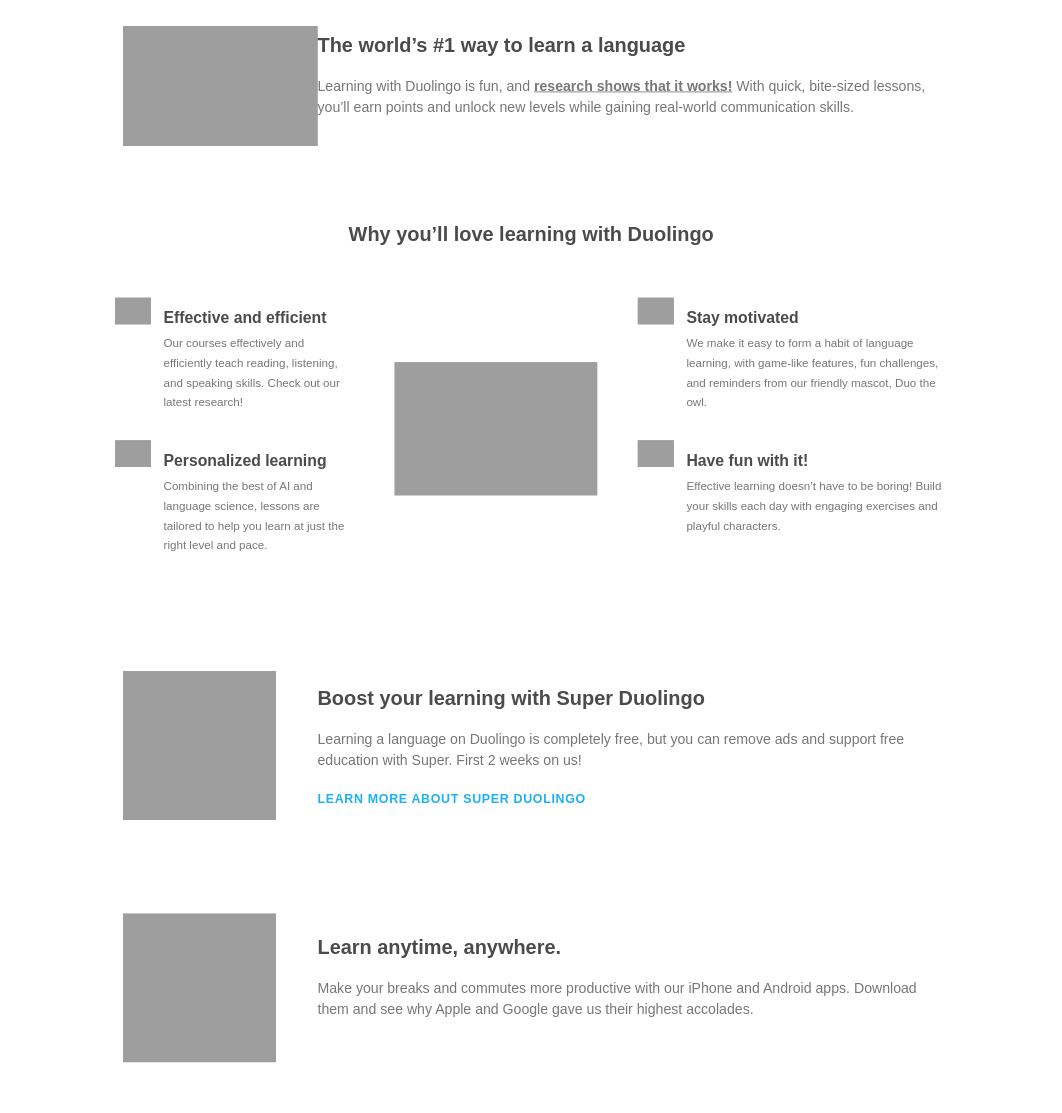
Repository: kauittt/duolingo-little
Page: login.html
An editor plug-in stored every save of this project. The page is shown before and after the next save, followed by the edit.
The browser window is 1280 px wide. The pictures show the part of the page from y = 740 to 2083 px (the page is 2081 px tall before and 2083 px after), at 83% of full size.
Pictures or frames that could not be fetched are drawn as grey boxes. A picture or video elsewhere on the page could not be fetched, so the positions and the page height are approximate. Some web libraries are served in a nearby version.

Above is the page before, as saved 2023-03-26 20:28:10.

### login.html
<!DOCTYPE html>
<html lang="en">
    <head>
        <meta charset="UTF-8" />
        <meta http-equiv="X-UA-Compatible" content="IE=edge" />
        <meta name="viewport" content="width=device-width, initial-scale=1.0" />
        <title>Duolingo Little</title>

        <!--! favicon -->
        <link rel="icon" type="image/x-icon" href="./assets/img/logo.png" />

        <!--! Font Awesome  -->
        <link rel="preconnect" href="https://cdnjs.cloudflare.com" />
        <link
            rel="stylesheet"
            href="https://cdnjs.cloudflare.com/ajax/libs/font-awesome/6.3.0/css/all.min.css"
        />

        <!--! CSS -->
        <link rel="stylesheet" href="./assets/css/reset.css" />
        <link rel="stylesheet" href="./assets/fonts/stylesheet.css" />
        <link rel="stylesheet" href="./assets/css/stytes.css" />
    </head>
    <body>
        <div class="main">
            <header class="header">
                <div class="wrap header-wrap">
                    <a class="header__img">
                        <img
                            src="https://d35aaqx5ub95lt.cloudfront.net/images/dca3b978d07a7dfc05adb1d5526e9e21.svg"
                            alt="Duolingo"
                        />
                    </a>
                    <div class="header__language">SITE LANGUAGE: ENGLISH</div>
                </div>
            </header>

            <div class="content">
                <div class="hero">
                    <div class="hero-wrap">
                        <div class="hero__img">
                            <img
                                src="https://d35aaqx5ub95lt.cloudfront.net/images/331a32943ff73be28537dfc7469d5639.svg"
                                alt="Earth"
                            />
                        </div>
                        <div class="hero-content">
                            <h1 class="hero-content__heading">
                                The free, fun, and effective way to learn a
                                language!
                            </h1>
                            <div class="hero-content-select">
                                <div class="hero-content-select">
                                    <div class="btn btn--primary">
                                        GET STARTED
                                    </div>
                                    <div class="btn">
                                        I ALREADY HAVE AN ACCOUNT
                                    </div>
                                </div>
                            </div>
                        </div>
                    </div>
                </div>

                <section class="section top">
                    <div class="wrap top-wrap">
                        <div class="section__img">
                            <img
                                src="https://d35aaqx5ub95lt.cloudfront.net/images/776364e6419216ffd84ddf8d8815711b.svg"
                                alt="Duolingo"
                            />
                        </div>

                        <div class="section-content">
                            <h2 class="section-content__heading">
                                The world’s #1 way to learn a language
                            </h2>
                            <div class="section-content__desc">
                                Learning with Duolingo is fun, and
                                <b>research shows that it works!</b> With quick,
                                bite-sized lessons, you’ll earn points and
                                unlock new levels while gaining real-world
                                communication skills.
                            </div>
                            <div class="section-content__link"></div>
                        </div>
                    </div>
                </section>

                <section class="section feature">
                    <div class="wrap feature-wrap">
                        <h3 class="section-content__heading">
                            Why you’ll love learning with Duolingo
                        </h3>
                        <div class="section-content">
                            <div class="section-content-group">
                                <div class="section-content-group-item">
                                    <img
                                        src="https://d35aaqx5ub95lt.cloudfront.net/images/1994201dce8a55a0017d59b58a035fc3.svg"
                                        alt=""
                                    />
                                    <div>
                                        <div
                                            class="section-content-group-item__heading"
                                        >
                                            Effective and efficient
                                        </div>
                                        <div
                                            class="section-content-group-item__desc"
                                        >
                                            Our courses effectively and
                                            efficiently teach reading,
                                            listening, and speaking skills.
                                            Check out our latest research!
                                        </div>
                                    </div>
                                </div>

                                <div class="section-content-group-item">
                                    <img
                                        src="https://d35aaqx5ub95lt.cloudfront.net/images/8f1e99a540ab7afcf5915e8852024e4c.svg"
                                        alt=""
                                    />
                                    <div>
                                        <div
                                            class="section-content-group-item__heading"
                                        >
                                            Personalized learning
                                        </div>
                                        <div
                                            class="section-content-group-item__desc"
                                        >
                                            Combining the best of AI and
                                            language science, lessons are
                                            tailored to help you learn at just
                                            the right level and pace.
                                        </div>
                                    </div>
                                </div>
                            </div>

                            <div class="section-content-group">
                                <div class="section-content-group__img">
                                    <img
                                        src="https://d35aaqx5ub95lt.cloudfront.net/images/3816ddfd0658efd7bb713fd823053b82.svg"
                                        alt="Duolingo"
                                    />
                                </div>
                            </div>

                            <div class="section-content-group">
                                <div class="section-content-group-item">
                                    <img
                                        src="https://d35aaqx5ub95lt.cloudfront.net/images/splash/ebdcc22deaf0f85388fcb09e7ecfbe78.svg"
                                        alt=""
                                    />
                                    <div>
                                        <div
                                            class="section-content-group-item__heading"
                                        >
                                            Stay motivated
                                        </div>
                                        <div
                                            class="section-content-group-item__desc"
                                        >
                                            We make it easy to form a habit of
                                            language learning, with game-like
                                            features, fun challenges, and
                                            reminders from our friendly mascot,
                                            Duo the owl.
                                        </div>
                                    </div>
                                </div>

                                <div class="section-content-group-item">
                                    <img
                                        src="https://d35aaqx5ub95lt.cloudfront.net/images/splash/a4d5fab3d1926c240cb2ae696b07d156.svg"
                                        alt=""
                                    />
                                    <div>
                                        <div
                                            class="section-content-group-item__heading"
                                        >
                                            Have fun with it!
                                        </div>
                                        <div
                                            class="section-content-group-item__desc"
                                        >
                                            Effective learning doesn’t have to
                                            be boring! Build your skills each
                                            day with engaging exercises and
                                            playful characters.
                                        </div>
                                    </div>
                                </div>
                            </div>
                        </div>
                    </div>
                </section>

                <section class="section super">
                    <div class="wrap super-wrap">
                        <div class="section__img">
                            <img
                                src="https://d35aaqx5ub95lt.cloudfront.net/images/super/8183c77cba99daf1e900fb5f9b0cc671.svg"
                                alt="Duolingo"
                            />
                        </div>

                        <div class="section-content">
                            <h2 class="section-content__heading">
                                Boost your learning with Super Duolingo
                            </h2>
                            <div class="section-content__desc">
                                Learning a language on Duolingo is completely
                                free, but you can remove ads and support free
                                education with Super. First 2 weeks on us!
                            </div>
                            <div class="section-content__link">
                                LEARN MORE ABOUT SUPER DUOLINGO
                            </div>
                        </div>
                    </div>
                </section>

                <section class="section download">
                    <div class="wrap download-wrap">
                        <div class="section__img">
                            <img
                                src="https://d35aaqx5ub95lt.cloudfront.net/images/791b23bc8994589efad21ce964d99161.svg"
                                alt="Duolingo"
                            />
                        </div>

                        <div class="section-content">
                            <h2 class="section-content__heading">
                                Learn anytime, anywhere.
                            </h2>
                            <div class="section-content__desc">
                                Make your breaks and commutes more productive
                                with our iPhone and Android apps. Download them
                                and see why Apple and Google gave us their
                                highest accolades.
                            </div>
                            <div class="section-content__link"></div>
                        </div>
                    </div>
                </section>
            </div>
        </div>
    </body>
</html>

### assets/fonts/stylesheet.css
@font-face {
    font-family: "DINRoundPro";
    src: url("din round/DINRoundPro-Bold.woff2") format("woff2"),
        url("din round/DINRoundPro-Bold.woff") format("woff");
    font-weight: bold;
    font-style: normal;
    font-display: swap;
}

@font-face {
    font-family: "DINRoundPro";
    src: url("din round/DINRoundPro-Black.woff2") format("woff2"),
        url("din round/DINRoundPro-Black.woff") format("woff");
    font-weight: 900;
    font-style: normal;
    font-display: swap;
}

@font-face {
    font-family: "DINRoundPro";
    src: url("din round/DINRoundPro.woff2") format("woff2"),
        url("din round/DINRoundPro.woff") format("woff");
    font-weight: normal;
    font-style: normal;
    font-display: swap;
}

@font-face {
    font-family: "DINRoundPro";
    src: url("din round/DINRoundPro-Light.woff2") format("woff2"),
        url("din round/DINRoundPro-Light.woff") format("woff");
    font-weight: 300;
    font-style: normal;
    font-display: swap;
}

@font-face {
    font-family: "DINRoundPro-Medi";
    src: url("din round/DINRoundPro-Medi.woff2") format("woff2"),
        url("din round/DINRoundPro-Medi.woff") format("woff");
    font-weight: 500;
    font-style: normal;
    font-display: swap;
}

### assets/css/stytes.css
* {
    box-sizing: border-box;
}

html {
    font-size: 62.5%;
    font-family: din-round, sans-serif;
    scroll-behavior: smooth;
}

:root {
    --text-color: #777777;
    --heading-color: #4b4b4b;
    --main-color: #58cc02;
    --bgr-color: rgba(35, 83, 144);
    --link-color: rgb(28, 176, 246);
    --bgr-star: url(https://d35aaqx5ub95lt.cloudfront.net/images/4986531ca822d48e57b4a18f40ff5172.svg);
}

body {
    font-size: 17px;
    font-weight: 500;
    color: var(--text-color);
}

.wrap {
    width: 1065px;
    max-width: calc(100% - 48px);
    margin: 0 auto;
    padding: 40px;
}

.btn {
    padding: 15.5px 36px;
    font-size: 14px;
    font-weight: 700;
    letter-spacing: 0.8px;
    text-align: center;
    text-transform: uppercase;
    color: white;
    background-color: var(--bgr-color);
    box-shadow: 0 4px 0 rgb(4, 44, 96);
    border: 2px solid rgb(4, 44, 96);
    border-radius: 12px;
    cursor: pointer;
    transition: all 0.2s ease;
}

.btn:hover {
    filter: brightness(1.1);
}

.btn--primary {
    background-color: var(--main-color);
    box-shadow: 0 4px 0 rgb(88, 167, 0);
    border: 2px solid rgb(88, 167, 0);
}

/*! HEADER */
.header {
    position: fixed;
    inset: 0;
    height: 70px;
    width: 100%;
    background: var(--bgr-color);
    /* display: none; */
}

.header.stick {
    box-shadow: rgba(0, 0, 0, 0.24) 0px 3px 8px;
}

.header-wrap {
    display: flex;
    justify-content: space-between;
    align-items: center;
    padding: 0 40px;
    height: 100%;
    background: var(--bgr-color);
}

.header__img {
    height: 40px;
}

.header__img img {
    height: 36px;
}

.header__language {
    margin-right: 22px;
    font-size: 14px;
    font-weight: 700;
    letter-spacing: 0.8px;
    line-height: 1.15;
    text-transform: uppercase;
    color: white;
}

/*!! CONTENT */
.content {
    height: 200vh;
}

/*! hero */
.hero {
    display: flex;
    justify-content: center;
    align-items: center;
    height: 100vh;
    background-color: var(--bgr-color);
    background-image: var(--bgr-star);
}

.hero-wrap {
    display: flex;
    justify-content: center;
    align-items: center;
    width: 1269px;
    margin: 12px auto;
    padding: 40px;
}

.hero__img {
}

.hero__img img {
}

.hero-content {
    display: flex;
    justify-content: center;
    align-items: center;
    flex-direction: column;
    margin: auto 48px;
}

.hero-content__heading {
    margin-bottom: 50px;
    font-size: 32px;
    font-weight: 700;
    line-height: 40px;
    text-align: center;
    color: white;
}

.hero-content-select {
}

.hero-content-select > :first-child {
    margin-bottom: 15px;
}

/*! section  */

.section {
    display: flex;
    justify-content: center;
    align-items: center;
    margin-top: 12px;
}
.section__img {
}

.section__img img {
    height: 100%;
    width: 100%;
}

.section-content {
}

.section-content > :first-child .section-content-group-item > :last-child {
    height: 148px;
    width: 230px;
}

.section-content > :last-child .section-content-group-item > :last-child {
    height: 148px;
    width: 315px;
}

.section-content__heading {
    font-size: 24px;
    font-weight: 700;
    color: var(--heading-color);
}

.section-content__desc {
    margin: 25px 0;
    font-size: 17px;
    font-weight: 500;
    line-height: 1.5;
    color: var(--text-color);
}

.section-content__desc b {
    /* color: var(--heading-color); */
    font-weight: 700;
    text-decoration: underline;
}

.section-content__link {
    font-size: 15px;
    font-weight: 700;
    letter-spacing: 0.8px;
    text-transform: uppercase;
    color: var(--link-color);
}

/*? top */
.top {
    height: 225px;
}
.top-wrap {
    display: flex;
    justify-content: space-between;
    align-items: center;
}

.top .section__img img {
    height: 145px;
    min-width: 185px;
    margin-right: 50px;
}

/*? feature */
.feature .wrap {
    display: flex;
    justify-content: center;
    align-items: center;
    flex-direction: column;
}
.feature .section-content__heading {
    line-height: 26px;
    font-size: 24px;
    font-weight: 700;
    color: var(--heading-color);
}

.feature .section-content {
    display: grid;
    grid-template-columns: 1fr 1fr 1fr;
    /* grid-column-gap: 48px; */
    margin-top: 78px;
}

.feature .section-content-group {
    display: flex;
    justify-content: center;
    align-items: center;
    flex-direction: column;
}

.feature .section-content-group-item {
    display: flex;
    align-items: flex-start;
    margin-bottom: 24px;
    min-height: 148px;
}

.feature .section-content-group-item > img {
    width: 44px;
    margin-right: 15px;
    margin-top: -15px;
}

.feature .section-content-group-item__heading {
    position: relative;
    font-size: 19px;
    font-weight: 700;
    color: var(--heading-color);
}

.feature .section-content-group-item__desc {
    margin-top: 10px;
    font-size: 14px;
    line-height: 1.7;
    color: var(--text-color);
}

.feature .section-content-group__img {
}

.feature .section-content-group__img img {
    width: 245px;
    height: 161px;
    margin: 0 48px;
    margin-top: -55px;
}

/*? super */
.super {
    height: 260px;
}
.super-wrap {
    display: flex;
    justify-content: space-between;
    align-items: center;
}

.super .section__img img {
    height: 180px;
    width: 185px;
    margin-right: 50px;
}
/*? download  */
.download {
    height: 300px;
    flex-direction: row-reverse;
}
.download-wrap {
    display: flex;
    justify-content: space-between;
    align-items: center;
}

.download .section__img img {
    height: 180px;
    width: 185px;
    margin-right: 50px;
}

Loaded but not shown: assets/css/reset.css (common file)

After the next save:
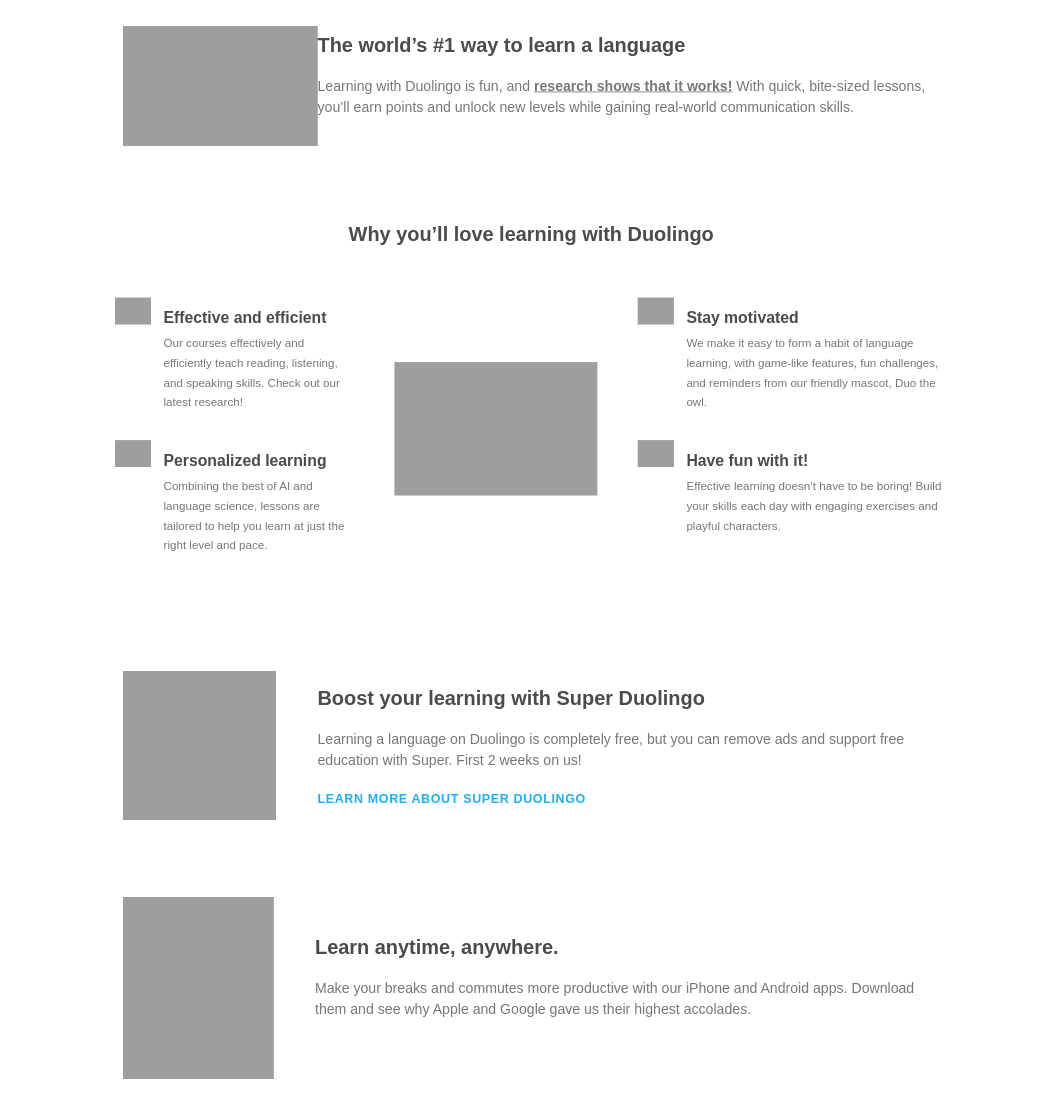
Saved 35 s later.
--- a/assets/css/stytes.css
+++ b/assets/css/stytes.css
@@ -316,7 +316,7 @@
 }
 
 .download .section__img img {
-    height: 180px;
-    width: 185px;
+    height: 220px;
+    width: 182px;
     margin-right: 50px;
 }
